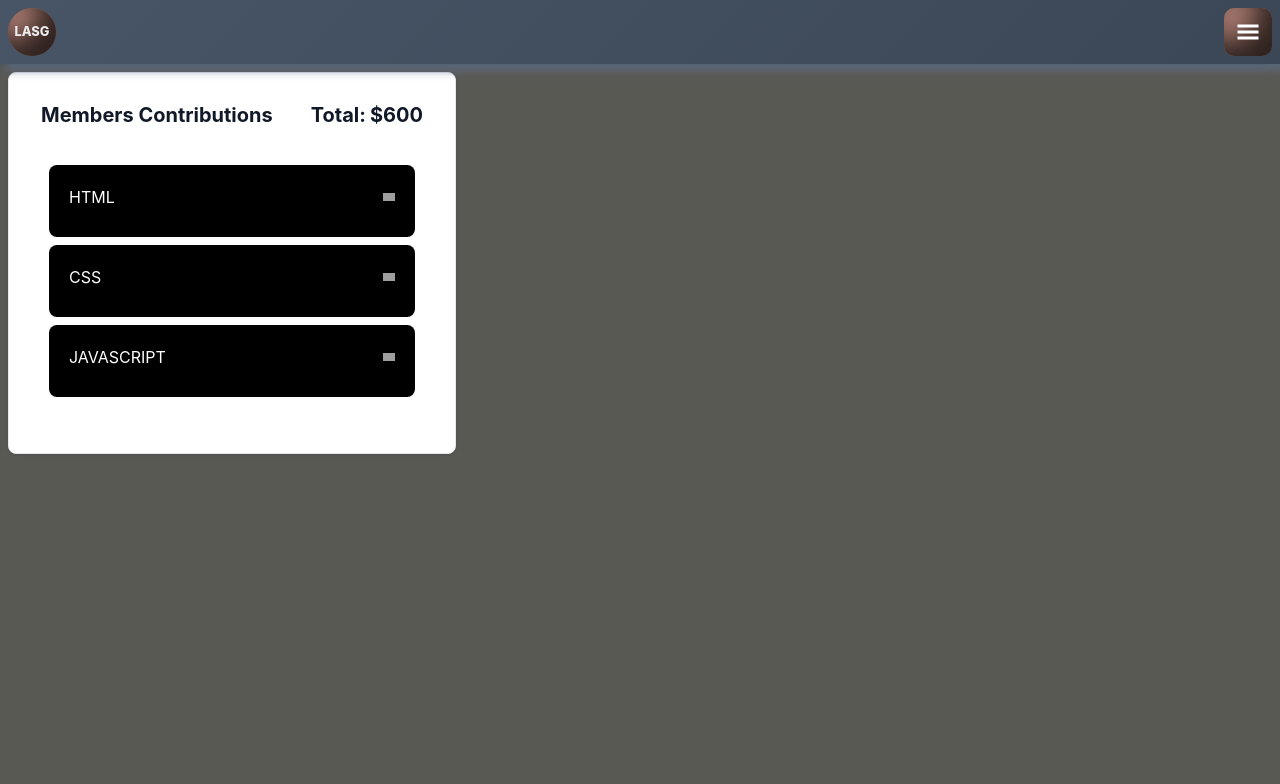
Repository: ShindanoSingi/LA-Swahili-Group
Page: / (app in client/)
These files come from the project's save history. The page is drawn as it stood at one moment and after the next save; the edit follows.
The browser window is 1280 px wide. The pictures show the whole page.
Pictures or frames that could not be fetched are drawn as grey boxes. The project was rebuilt for these pictures with package versions that can differ from the ones it lists, and the page was loaded fresh each time. Also part of the build but not shown: client/src/pages/error/Error.css, client/src/pages/error/Error.js, client/src/pages/about/About.js, client/src/pages/contact/Contact.js, client/src/pages/login/Login.js, client/src/pages/userDashBoard/UserDashBoard.js.

Above is the page before, as saved 2024-02-09 12:41:57.

After the next save:
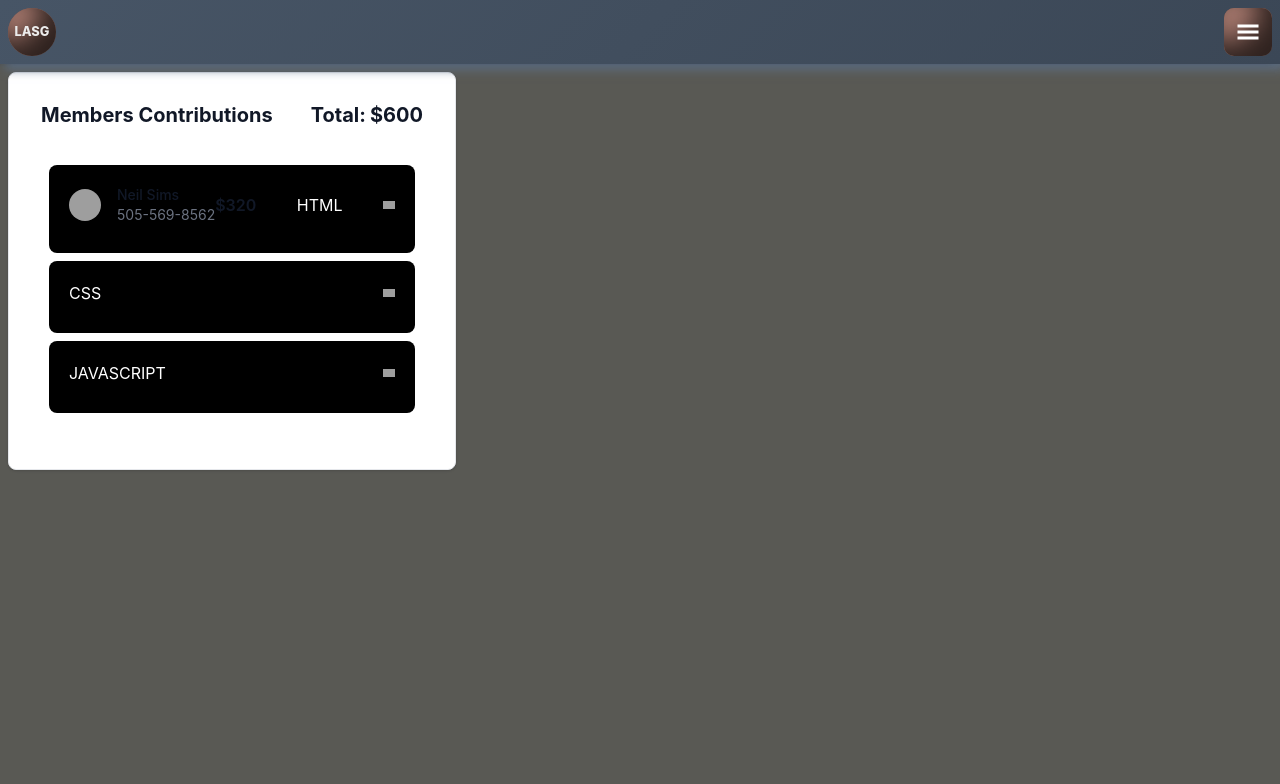
Saved 17 s later.
--- a/client/src/pages/superUsersDashBoard/SuperUsersDashBoard.js
+++ b/client/src/pages/superUsersDashBoard/SuperUsersDashBoard.js
@@ -30,6 +30,26 @@ function SuperUsersDashBoard() {
                                                       tabindex="1"
                                                 >
                                                       <div class="flex cursor-pointer items-center justify-between">
+                                                      <div className="flex items-center">
+                                                <div className="flex-shrink-0">
+                                                      <img
+                                                            className="w-8 h-8 rounded-full"
+                                                            src="https://picsum.photos/200/300"
+                                                            alt="Neil imager"
+                                                      />
+                                                </div>
+                                                <div className="flex-1 min-w-0 ms-4">
+                                                      <p className="text-sm font-medium text-gray-900 truncate dark:text-white">
+                                                            Neil Sims
+                                                      </p>
+                                                      <p className="text-sm text-gray-500 truncate dark:text-gray-400">
+                                                            505-569-8562
+                                                      </p>
+                                                </div>
+                                                <div className="inline-flex items-center text-base font-semibold text-gray-900 dark:text-white">
+                                                      $320
+                                                </div>
+                                          </div>
                                                             <span> HTML </span>
                                                             <img
                                                                   src="https://upload.wikimedia.org/wikipedia/commons/9/96/Chevron-icon-drop-down-menu-WHITE.png"
